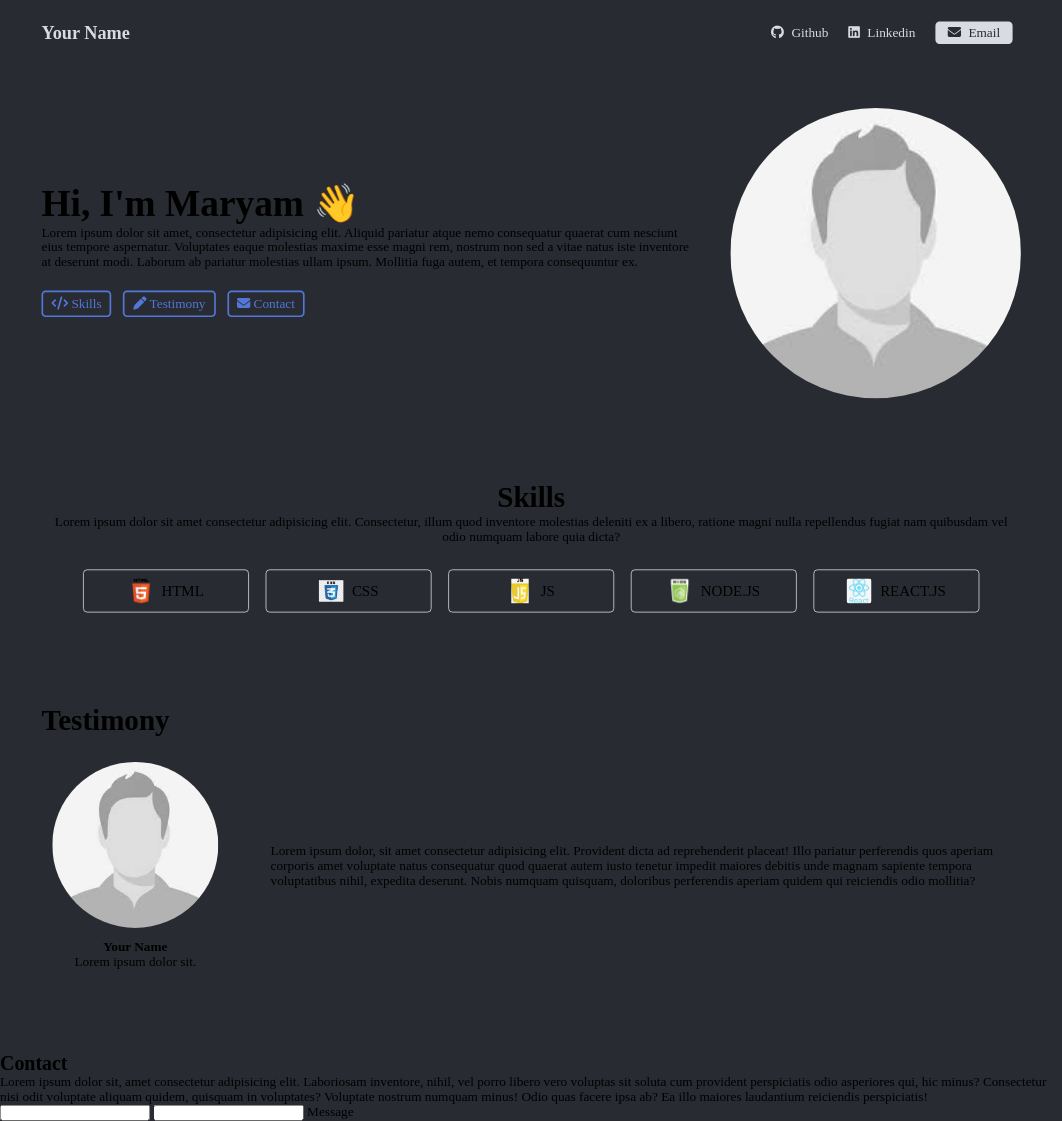
Repository: MaramMaryam/my-portfolio-test
Page: index.html
These files come from the project's save history. The page is drawn as it stood at one moment and after the next save; the edit follows.
The browser window is 1280 px wide. The pictures show the whole page, at 83% of full size.
Some web libraries are served in a nearby version.

Above is the page before, as saved 2024-09-20 19:24:01.

### index.html
<!DOCTYPE html>
<html lang="en">

<head>
    <meta charset="UTF-8">
    <meta name="viewport" content="width=device-width, initial-scale=1.0">

    <link rel="preconnect" href="https://fonts.googleapis.com">
    <link rel="preconnect" href="https://fonts.gstatic.com" crossorigin>
    <link
        href="https://fonts.googleapis.com/css2?family=Poppins:ital,wght@0,100;0,200;0,300;0,400;0,500;0,600;0,700;0,800;0,900;1,100;1,200;1,300;1,400;1,500;1,600;1,700;1,800;1,900&display=swap"
        rel="stylesheet">

    <link rel="stylesheet" href="https://cdnjs.cloudflare.com/ajax/libs/font-awesome/6.6.0/css/all.min.css"
        integrity="sha512-Kc323vGBEqzTmouAECnVceyQqyqdsSiqLQISBL29aUW4U/M7pSPA/gEUZQqv1cwx4OnYxTxve5UMg5GT6L4JJg=="
        crossorigin="anonymous" referrerpolicy="no-referrer" />

    <link rel="stylesheet" href="styles.css">
    <title>My Portfolio</title>
</head>

<body>
    <!--navbar-->
    <nav>
        <div class="left">
            <a href="/"> Your Name </a>
        </div>
        <div class="right">
            <a href="http://github.com" target="_blank" rel="">
                <i class="fa-brands fa-github"></i>
                <span>Github</span>
            </a>

            <a href="http://linkedin.com" target="_blank" rel="">
                <i class="fa-brands fa-linkedin"></i>
                <span>Linkedin</span>
            </a>

            <a href="mailto:example@gmail.com">
                <i class="fa-solid fa-envelope"></i>
                <span>Email</span>
            </a>
        </div>
    </nav>
    <main>
        <!--section1-->
        <section class="hero-section">
            <div class="text">
                <h2>Hi, I'm Maryam 👋</h2>
                <p>Lorem ipsum dolor sit amet, consectetur adipisicing elit.
                    Aliquid pariatur atque nemo consequatur quaerat cum nesciunt eius tempore aspernatur.
                     Voluptates eaque molestias maxime esse magni rem, nostrum non sed a vitae natus iste inventore at deserunt modi.
                    Laborum ab pariatur molestias ullam ipsum.
                    Mollitia fuga autem, et tempora consequuntur ex.</p>

                    <div class="links">
                        <a href="#skills">
                            <i class="fa-solid fa-code"></i>
                            <span>Skills</span>
                        </a>
                        <a href="#testimony">
                            <i class="fa-solid fa-pen"></i>
                            <span>Testimony</span>
                        </a>
                        <a href="#contact">
                            <i class="fa-solid fa-envelope"></i>
                            <span>Contact</span>
                        </a>
                    </div>
            </div>
            <div class="headshot">
                <img src="images/headshot.jfif" alt="">
            </div>
        </section>
        <!--section2: skills-->
        <section id="skills" class="skills-section">
            <h2>Skills</h2>
            <div class="text">
                Lorem ipsum dolor sit amet consectetur adipisicing elit. Consectetur,
                illum quod inventore molestias deleniti ex a libero,
                ratione magni nulla repellendus fugiat nam quibusdam vel odio numquam labore quia dicta?
            </div>

            <div class="cells">
                <div class="cell">
                    <img src="images/HTML5.webp" alt="HTML5 logo">
                    <span>HTML</span>
                </div>

                <div class="cell">
                    <img src="images/css.webp" alt="css logo">
                    <span>CSS</span>
                </div>

                <div class="cell">
                    <img src="images/js.webp" alt="js logo">
                    <span>JS</span>
                </div>

                <div class="cell">
                    <img src="images/node.webp" alt="node logo">
                    <span>NODE.JS</span>
                </div>

                <div class="cell">
                    <img src="images/react.webp" alt="react logo">
                    <span>REACT.JS</span>
                </div>
            </div>
        </section>
        <!--section3: testimony-->
        <section id="testimony" class="testimony-section">
            <h2>Testimony</h2>
            <div class="group">
                <div class="person-details">
                    <img src="images/headshot.jfif" alt="">
                    <p>Your Name</p>
                    <p>Lorem ipsum dolor sit.</p>
                </div>
                <div class="text">
                    Lorem ipsum dolor, sit amet consectetur adipisicing elit. Provident dicta ad
                    reprehenderit placeat! Illo pariatur perferendis quos aperiam corporis amet voluptate
                    natus consequatur quod quaerat autem iusto tenetur impedit maiores debitis unde magnam
                    sapiente tempora voluptatibus nihil, expedita deserunt.
                    Nobis numquam quisquam, doloribus perferendis aperiam quidem qui reiciendis odio mollitia?
                </div>
            </div>
        </section>
        <!--section4: contact-->
        <section id="contact" class="contact-section">
            <h2>Contact</h2>
            <div class="group">
                <div class="text">
                    Lorem ipsum dolor sit, amet consectetur adipisicing elit.
                    Laboriosam inventore, nihil, vel porro libero vero voluptas sit soluta cum provident
                    perspiciatis odio asperiores qui, hic minus? Consectetur nisi odit voluptate aliquam quidem,
                     quisquam in voluptates? Voluptate nostrum numquam minus! Odio
                    quas facere ipsa ab? Ea illo maiores laudantium reiciendis perspiciatis!
                </div>

                <form action="">
                    <label for="name"></label>
                    <input type="text" id="name">

                    <label for="email"></label>
                    <input type="email" id="email">

                    <label for="message">Message</label>

                </form>
            </div>
        </section>
    </main>
</body>

</html>

### styles.css
:root {
  --text-color: #d8dce2;
  --link-color: #5377d8;
  --background-color: #282b31;
}
* {
  margin: 0;
  padding: 0;
  box-sizing: border-box;
}
html {
  scroll-behavior: smooth;
}
body {
  font-family: "Poppins" sans-serif;
  background-color: var(--background-color);
}
a {
  color: var(--link-color);
  text-decoration: none;
}

/* NAVBAR */
nav {
  display: flex;
  justify-content: space-between;
  padding: 0 50px;
  height: 80px;
  align-items: center;
}
nav .left a {
  color: var(--text-color);
  font-size: 22px;
  font-weight: 600;
}
nav .right a {
  color: var(--text-color);
  margin: 0 10px;
}
nav .right a:last-child {
  color: var(--background-color);
  background-color: var(--text-color);
  padding: 5px 15px;
  border-radius: 5px;
}
nav .right a span {
  margin-left: 5px;
}
/* SECTION 1: HERO */
.hero-section {
  display: flex;
  justify-content: space-between;
  align-items: center;
  padding: 0 50px;
  margin: 50px 0;
  gap: 40px;
  margin-bottom: 100px;
}
.hero-section .text {
  flex: 5;
}
.hero-section .text h2 {
  font-size: 45px;
}
.hero-section .text .links {
  margin-top: 25px;
}
.hero-section .text .links a {
  display: inline-block;
  padding: 5px 10px;
  border: 2px solid var(--link-color);
  border-radius: 5px;
  margin-right: 10px;
  margin-bottom: 10px;
  transition: 0.1s;
}
.hero-section .text .links a:hover {
  color: var(--text-color);
  border: 2px solid var(--text-color);
}
.hero-section .headshot {
  flex: 2;
  display: flex;
  justify-content: right;
}
.hero-section .headshot img {
  border-radius: 50%;
  width: 350px;
}

/* SECTION 2:Skills */
.skills-section {
  padding: 0 50px;
  margin-bottom: 100px;
}

.skills-section h2 {
  text-align: center;
  font-size: 35px;
}
.skills-section .text {
  text-align: center;
  margin-bottom: 20px;
}
.skills-section .cells {
  display: flex;
  justify-content: center;
  flex-wrap: wrap;
}
.skills-section .cells .cell {
  display: flex;
  justify-content: center;
  align-items: center;
  gap: 10px;
  width: 200px;
  padding: 10px 20px;
  margin: 10px;
  border: 1.5px solid #d3d3d3;
  border-radius: 5px;
}
.skills-section .cells .cell img {
  width: 30px;
  height: 30px;
  object-fit: contain;
  border-radius: 3px;
}
.skills-section .cells .cell span {
  font-size: 18px;
}

/* SECTION 3: Testimony  */
.testimony-section {
  padding: 0 50px;
  margin-bottom: 100px;
}
.testimony-section h2 {
  font-size: 35px;
  margin-bottom: 30px;
}
.testimony-section .group {
    display: flex;
    align-items: center;
    gap: 50px;
}
.testimony-section .group .person-details {
    text-align: center;
    flex: 2;
}
.testimony-section .group .person-details img {
    width: 200px;
    aspect-ratio: 1/1;
    object-fit: cover;
    border-radius: 50%;
    margin-bottom: 10px;
}
.testimony-section .group .person-details p {
    font-weight: 600;
}
.testimony-section .group .person-details p:last-child {
    font-weight: normal;
}

.testimony-section .group  .text {
    flex: 8;
}

@media (max-width: 850px) {
  /* SECTION1 : HERO*/
  .hero-section .text h2 {
    font-size: 35px;
  }
}

@media (max-width: 740px) {
  /* SECTION1 : HERO*/
  .hero-section {
    flex-direction: column-reverse;
  }
  .hero-section .headshot img {
    width: 300px;
  }
  /* SECTION 3: Testimony */
  .testimony-section {
    text-align: center;
  }
  .testimony-section .group {
    flex-direction: column;
  }
}

@media (max-width: 600px) {
  /* NAVBAR */
  nav {
    padding: 0 20px;
  }
  nav .right a {
    font-style: 22px;
  }
  nav .right a:last-child {
    color: var(--text-color);
    background-color: transparent;
    padding: 0;
  }
  nav .right a span {
    display: none;
  }

  /* SECTION1:HERO */
  .hero-section {
    padding: 0 20px;
  }
  .hero-section .text h2 {
    font-size: 30px;
  }
  /* SECTION2: Skills */

  .skills-section {
    padding: 0 20px;
  }
  .skills-section .cells .cell span {
    font-size: 16px;
  }
}

After the next save:
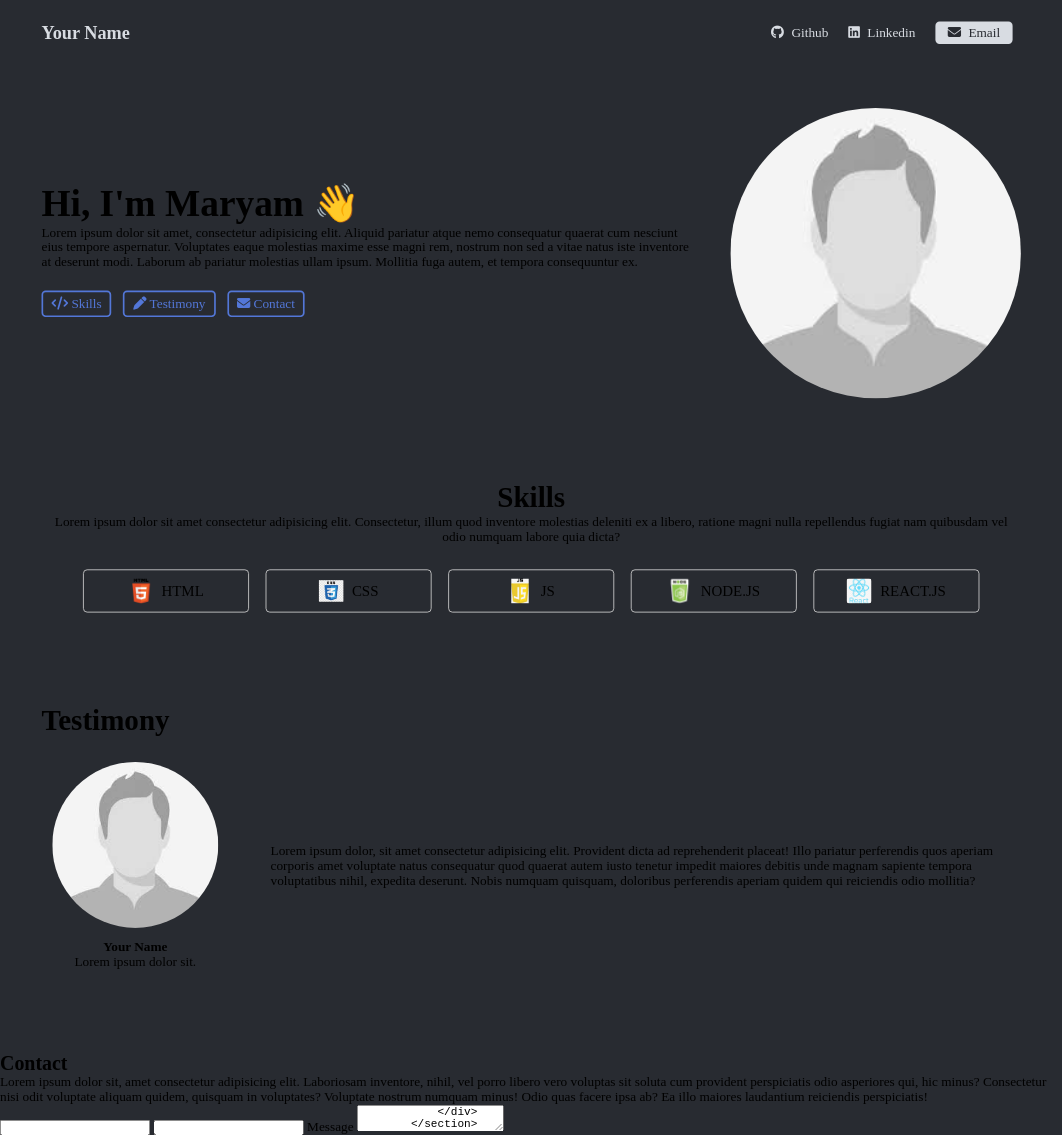
Saved 6 s later.
--- a/index.html
+++ b/index.html
@@ -146,7 +146,7 @@
                     <input type="email" id="email">
 
                     <label for="message">Message</label>
-
+                    <textarea
                 </form>
             </div>
         </section>
